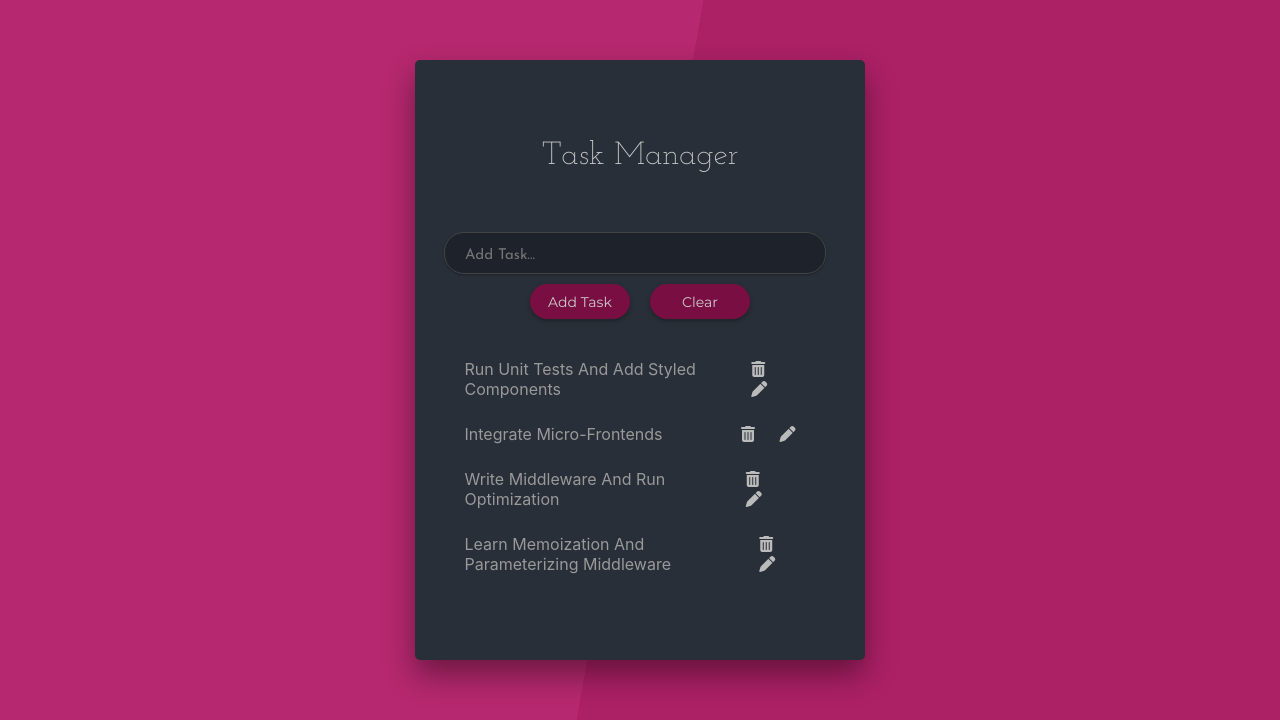
Repository: Kol124/react-task-manager
Page: /
An editor plug-in stored every save of this project. The page is shown before and after the next save, followed by the edit.
The browser window is 1280 px wide. The pictures show the whole page.
Some web libraries are served in a nearby version. The project was rebuilt for these pictures with package versions that can differ from the ones it lists, and the page was loaded fresh each time.

Above is the page before, as saved 2021-06-21 18:48:27.

After the next save:
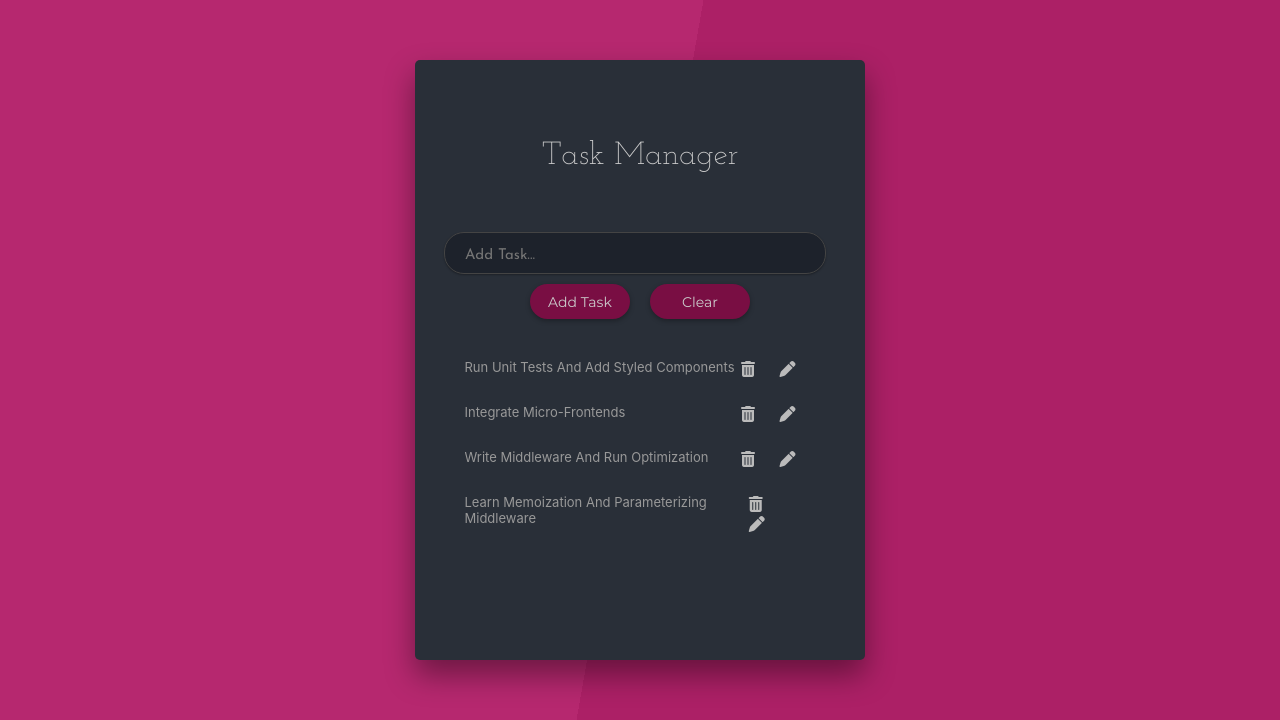
Saved 61 s later.
--- a/src/App.css
+++ b/src/App.css
@@ -119,6 +119,7 @@
 
 .list-item span {
   color: #999;
+  font-size: 13px;
   text-transform: capitalize;
 }
 

After the save that followed:
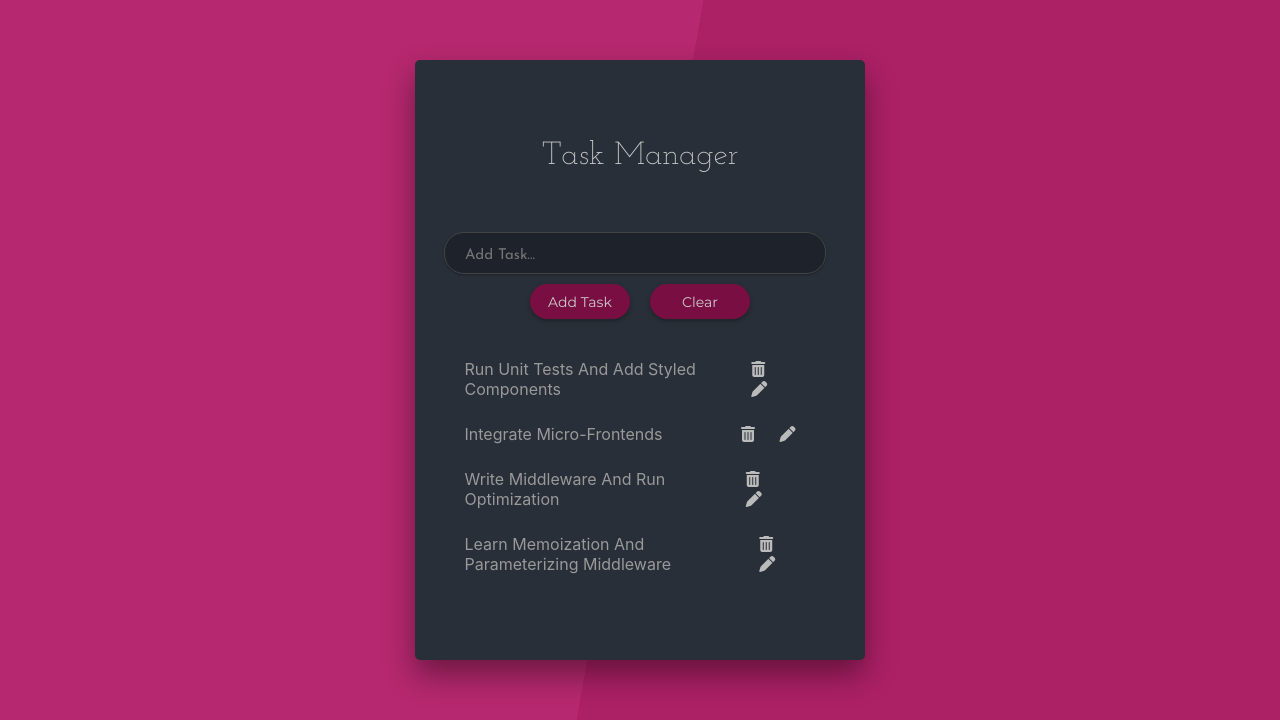
Saved 11 s later.
--- a/src/App.css
+++ b/src/App.css
@@ -119,7 +119,7 @@
 
 .list-item span {
   color: #999;
-  font-size: 13px;
+  font-size: 16px;
   text-transform: capitalize;
 }
 
